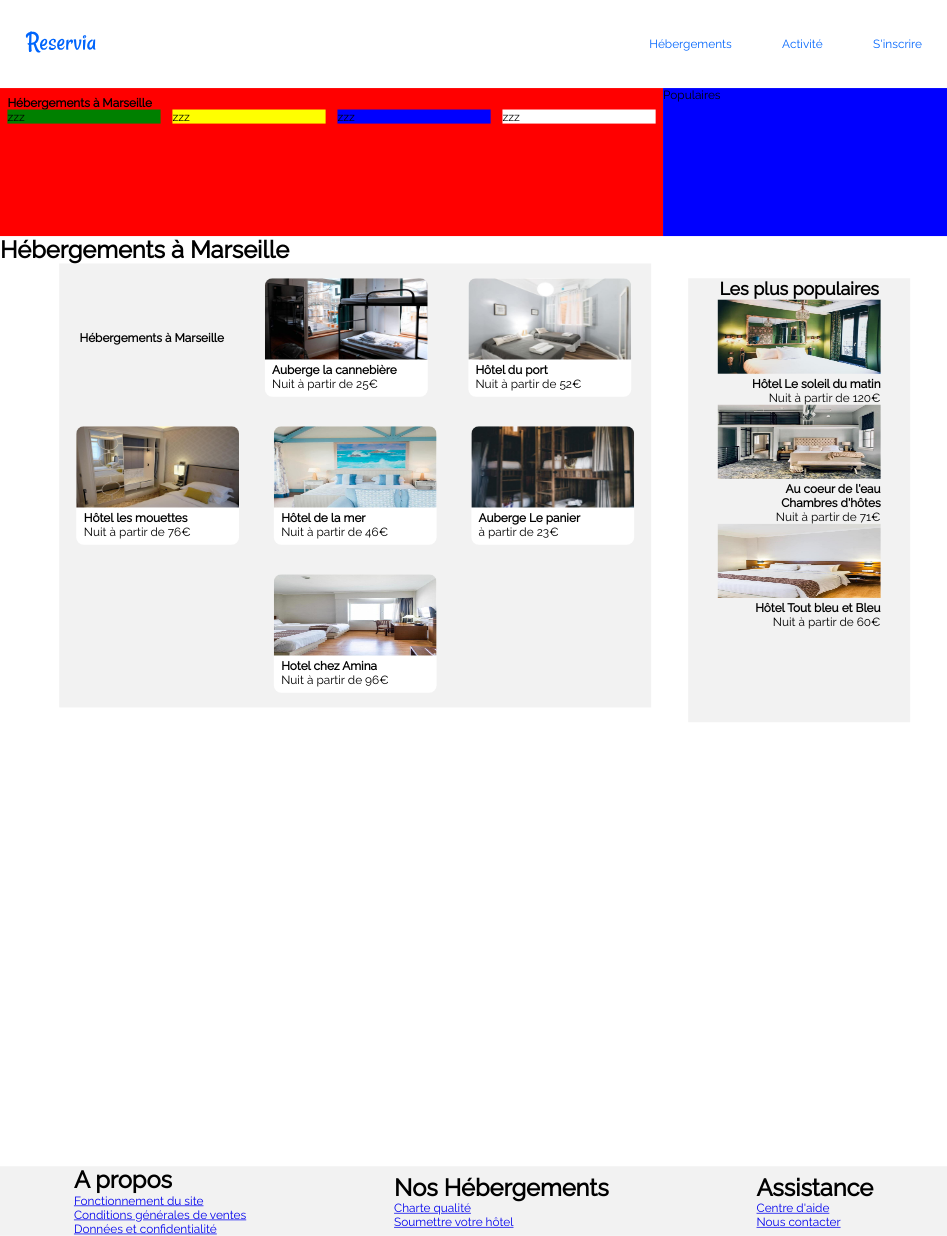
Repository: SoumareHarona/Soumaraharona_P2_18052021
Page: reservia.html
The author's editor kept a copy of each file at every save. The page is drawn from the files as they stood at one save, then again after the next save.
The browser window is 1280 px wide. The pictures show the whole page, at 74% of full size.

Above is the page before, as saved 2021-06-14 16:09:00.

After the next save:
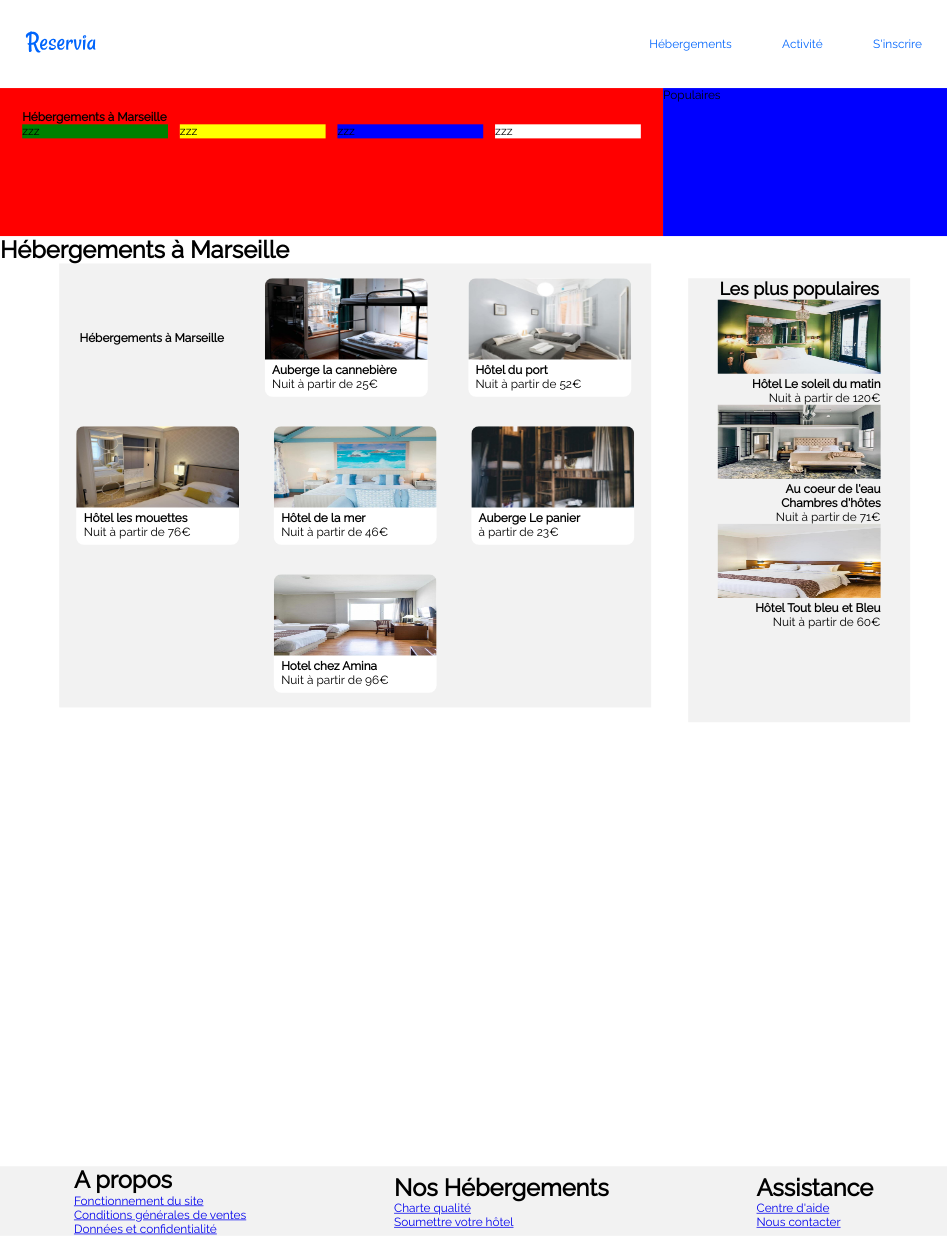
Saved 24 s later.
--- a/reservia.html
+++ b/reservia.html
@@ -24,7 +24,7 @@
         </header>
 
         <div class="hebEtPop">
-            <div class="heb" style="background-color: red;padding: 10px;">
+            <div class="heb" style="background-color: red;padding: 30px;">
                 <p class="titre"><b>Hébergements à Marseille</b></p>
                 <div class="cards" style="display: flex;gap:1rem">
 
